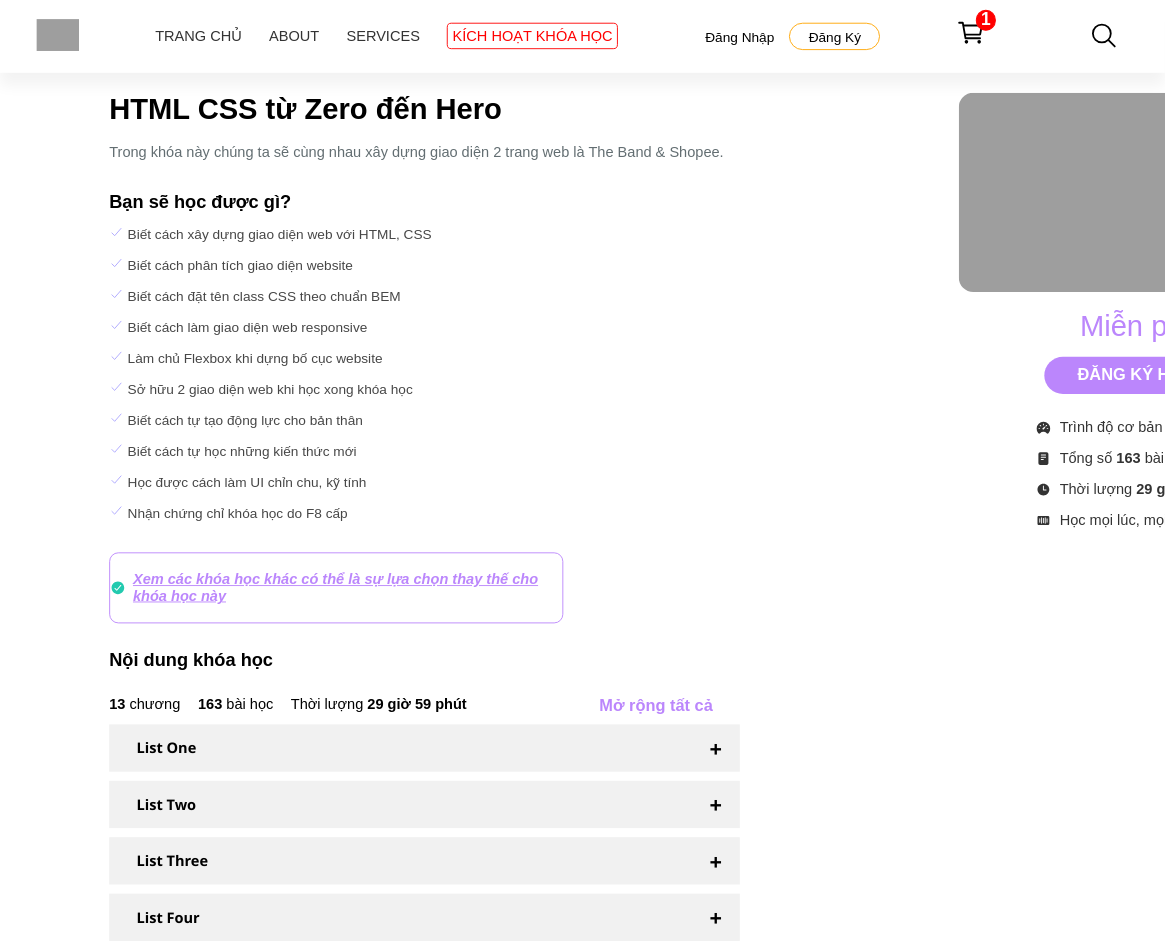
Repository: hoanghuuphuc/hoanghuuphuc
Page: details.html
An editor plug-in stored every save of this project. The page is shown before and after the next save, followed by the edit.
The browser window is 1280 px wide. The pictures show the whole page, at 91% of full size.
Empty fields were first filled with sample values (such as "Sample", 5 or name@example.com).
After loading, the first visible `div.contentBx` was clicked once.
Pictures or frames that could not be fetched are drawn as grey boxes.

Above is the page before, as saved 2022-12-12 00:25:35.
Console error: TypeError: Cannot read properties of null (reading 'style')

### details.html
<!DOCTYPE html>
<html lang="en">
  <head>
    <meta charset="UTF-8" />
    <meta http-equiv="X-UA-Compatible" content="IE=edge" />
    <meta name="viewport" content="width=device-width, initial-scale=1.0" />
    <title>Product-Details</title>
    <link rel="stylesheet" href="./style.css" />
    <link rel="stylesheet" href="./rps_mobile.css" />
    <link rel="preconnect" href="https://fonts.gstatic.com" />
  </head>
  <body>
    <header>
      <div class="logo">
        <a href="">
          <img id="img" src="./Img/logene.jfif" alt="" />
        </a>
      </div>
      <div class="group">
        <ul class="navigation">
          <li><a href="">Trang Chủ</a></li>
          <li><a href="">About</a></li>
          <li><a href="">Services</a></li>
          <li><a id="active" href="">Kích Hoạt Khóa Học</a></li>
        </ul>
      </div>
      <div class="User">
        <div class="but">
          <button>Đăng Nhập</button>
          <button>Đăng Ký</button>
        </div>
      </div>
      <div class="icons">
        <ion-icon name="cart-outline"></ion-icon>
        <span>1</span>
      </div>
      <div class="search">
        <span class="icon">
          <ion-icon name="search-outline" class="searchBtn"></ion-icon>
          <ion-icon name="close-outline" class="closeBtn"></ion-icon>
        </span>
      </div>
      <ion-icon name="menu-outline" class="menuToggle"></ion-icon>
      <div class="searchBox">
        <input type="text" placeholder="Search here . . ." />
      </div>
    </header>
    <div class="details-section">
      <div class="details-left">
        <div class="details-left-name">
          <h1>HTML CSS từ Zero đến Hero</h1>
          <span
            >Trong khóa này chúng ta sẽ cùng nhau xây dựng giao diện 2 trang web
            là The Band & Shopee.</span
          >
        </div>
        <span class="bonus">Bạn sẽ học được gì?</span>
        <div class="details-left-content">
          <ul>
            <li>
              <ion-icon name="checkmark-outline"></ion-icon>
              Biết cách xây dựng giao diện web với HTML, CSS
            </li>
            <li>
              <ion-icon name="checkmark-outline"></ion-icon>
              Biết cách phân tích giao diện website
            </li>
            <li>
              <ion-icon name="checkmark-outline"></ion-icon>
              Biết cách đặt tên class CSS theo chuẩn BEM
            </li>
            <li>
              <ion-icon name="checkmark-outline"></ion-icon>
              Biết cách làm giao diện web responsive
            </li>
            <li>
              <ion-icon name="checkmark-outline"></ion-icon>
              Làm chủ Flexbox khi dựng bố cục website
            </li>
          </ul>
          <ul>
            <li>
              <ion-icon name="checkmark-outline"></ion-icon>
              Sở hữu 2 giao diện web khi học xong khóa học
            </li>
            <li>
              <ion-icon name="checkmark-outline"></ion-icon>
              Biết cách tự tạo động lực cho bản thân
            </li>
            <li>
              <ion-icon name="checkmark-outline"></ion-icon>
              Biết cách tự học những kiến thức mới
            </li>
            <li>
              <ion-icon name="checkmark-outline"></ion-icon>
              Học được cách làm UI chỉn chu, kỹ tính
            </li>
            <li>
              <ion-icon name="checkmark-outline"></ion-icon>
              Nhận chứng chỉ khóa học do F8 cấp
            </li>
          </ul>
        </div>
        <div class="details-left-tag">
          <ion-icon name="checkmark-circle"></ion-icon>
          <a href="#">
            Xem các khóa học khác có thể là sự lựa chọn thay thế cho khóa học
            này
          </a>
        </div>
        <span class="cont">Nội dung khóa học</span>
        <div class="details-left-content-2">
          <div class="details-left-content-header1">
            <span class="sp"><strong>13</strong> chương</span>
            <span class="sp"><strong>163</strong> bài học</span>
            <span class="sp">Thời lượng <strong>29 giờ 59 phút</strong></span>
          </div>
          <div class="details-left-content-header2">
            <span>Mở rộng tất cả</span>
          </div>
        </div>
        <div class="accordion">
          <div class="contentBx">
            <div class="accordion-label">List One</div>
            <div class="accordion-content">
              <p>
                Lorem ipsum dolor sit amet consectetur, adipisicing elit.
                Assumenda earum deserunt eligendi sit eius hic beatae adipisci
                sapiente ad, modi minus, illum, vero voluptatum facilis ab
                fugiat vel. Molestiae, obcaecati!
              </p>
            </div>
          </div>
          <div class="contentBx">
            <div class="accordion-label">List Two</div>
            <div class="accordion-content">
              <p>
                Lorem ipsum dolor sit amet consectetur, adipisicing elit.
                Assumenda earum deserunt eligendi sit eius hic beatae adipisci
                sapiente ad, modi minus, illum, vero voluptatum facilis ab
                fugiat vel. Molestiae, obcaecati!
              </p>
            </div>
          </div>
          <div class="contentBx">
            <div class="accordion-label">List Three</div>
            <div class="accordion-content">
              <p>
                Lorem ipsum dolor sit amet consectetur, adipisicing elit.
                Assumenda earum deserunt eligendi sit eius hic beatae adipisci
                sapiente ad, modi minus, illum, vero voluptatum facilis ab
                fugiat vel. Molestiae, obcaecati!
              </p>
            </div>
          </div>
          <div class="contentBx">
            <div class="accordion-label">List Four</div>
            <div class="accordion-content">
              <p>
                Lorem ipsum dolor sit amet consectetur, adipisicing elit.
                Assumenda earum deserunt eligendi sit eius hic beatae adipisci
                sapiente ad, modi minus, illum, vero voluptatum facilis ab
                fugiat vel. Molestiae, obcaecati!
              </p>
            </div>
          </div>
        </div>
      </div>
      <div class="details-right">
        <div class="details-right-video">
          <iframe
            width="389"
            height="219"
            src="https://www.youtube.com/embed/YTDHcEJs684"
            title="YouTube video player"
            frameborder="0"
            allow="accelerometer; autoplay; clipboard-write; encrypted-media; gyroscope; picture-in-picture"
            allowfullscreen></iframe>
        </div>
        <div class="details-right-content1">
          <span>Miễn phí</span>
          <button>ĐĂNG KÝ HỌC</button>
        </div>
        <div class="details-right-content2">
          <ul>
            <li>
              <ion-icon name="speedometer"></ion-icon
              ><span>Trình độ cơ bản</span>
            </li>
            <li>
              <ion-icon name="reader"></ion-icon>
              <span>Tổng số <strong>163</strong> bài học</span>
            </li>
            <li>
              <ion-icon name="time"></ion-icon>
              <span>Thời lượng <strong>29 giờ 59 phút</strong> </span>
            </li>
            <li>
              <ion-icon name="barcode"></ion-icon
              ><span> Học mọi lúc, mọi nơi </span>
            </li>
          </ul>
        </div>
      </div>
    </div>

    <script src="./app.js"></script>
    <script
      type="module"
      src="https://unpkg.com/ionicons@5.5.2/dist/ionicons/ionicons.esm.js"></script>
    <script
      nomodule
      src="https://unpkg.com/ionicons@5.5.2/dist/ionicons/ionicons.js"></script>
  </body>
</html>

### style.css
* {
  margin: 0;
  padding: 0;
  box-sizing: border-box;
  font-family: "Poppins", sans-serif;
}
body {
  min-height: 100vh;
  overflow-x: hidden;
}
header {
  position: absolute;
  position: fixed;
  z-index: 100;
  top: 0;
  left: 0;
  width: 100%;
  height: 80px;
  background: #fff;
  padding: 20px 40px;
  display: flex;
  justify-content: space-between;
  align-items: center;
  box-shadow: 0px 15px 15px rgba(0, 0, 0, 0.05);
}
.logo img {
  height: 35px;
}
.group {
  display: flex;
  align-items: center;
}
header ul {
  position: relative;
  display: flex;
  gap: 30px;
}
header ul li {
  list-style: none;
}
header ul li a {
  position: relative;
  text-decoration: none;
  font-size: 1em;
  color: #333;
  text-transform: uppercase;
}
header ul li #active {
  border: 1px solid red;
  padding: 5px;
  color: red;
  border-radius: 5px;
}
header ul li a::before {
  content: "";
  position: absolute;
  bottom: -2px;
  width: 100%;
  height: 2px;
  background: #333;
  transform: scaleX(0);
  transition: transform 0.5s ease-in-out;
  transform-origin: right;
}
header ul li a:hover {
  opacity: 0.5;
}
header .User {
  display: flex;
  align-items: center;
}
header .User .but button:nth-child(1) {
  color: #000;
  font-size: 15px;
  height: 30px;
  width: 100px;
  outline: none;
  border: none;
  background: #fff;
}
header .User .but button:nth-child(2) {
  color: #000;
  font-size: 15px;
  height: 30px;
  width: 100px;
  border: 1px solid orange;
  background: #fff;
  border-radius: 15px;
}
header .User .but button:hover {
  opacity: 0.5;
}
header .icons {
  font-size: 2em;
  position: relative;
}
header .icons span {
  position: absolute;
  top: 0%;
  right: 0%;
  line-height: 5%;
  margin-bottom: 50px;
  font-size: 60%;
  color: #fff;
  border: 1px solid red;
  background: red;
  padding: 10px 5px 10px 5px;
  text-align: center;
  font-family: Arial, Helvetica, sans-serif;
  transform: translateX(50%) translateY(-40%);
  border-radius: 100%;
  font-weight: bold;
}
header .search {
  position: relative;
  display: flex;
  justify-content: center;
  align-items: center;
  font-size: 2em;
  z-index: 10;
  cursor: pointer;
}
.searchBox {
  position: absolute;
  right: -100%;
  width: 100%;
  height: 100%;
  display: flex;
  background: #fff;
  align-items: center;
  padding: 0 30px;
  transition: 0.5s ease-in-out;
}
.searchBox.active {
  right: 0;
}
.searchBox input {
  width: 100%;
  border: none;
  outline: none;
  height: 50px;
  color: #333;
  font-size: 1.25em;
  background: #fff;
  border-bottom: 1px solid rgba(0, 0, 0, 0.5);
}
.searchBtn {
  position: relative;
  left: 30px;
  top: 2.5px;
  transition: 0.5s ease-in-out;
}
.searchBtn.active {
  left: 0;
}
.closeBtn {
  opacity: 0;
  visibility: hidden;
  transition: 0.5s;
  scale: 0;
}
.closeBtn.active {
  opacity: 1;
  visibility: visible;
  transition: 0.5s;
  scale: 1;
}
.menuToggle {
  position: relative;
  display: none;
  left: 0;
}
.banner img {
  background-repeat: no-repeat;
  background-size: cover;
  margin-top: 4%;
}
.content {
  display: flex;
  flex-direction: row;
  margin-top: 50px;
  user-select: none;
  justify-content: center;
}
.content .content-1 {
  background-color: black;
  height: 2px;
  width: 200px;
}
.content .content-2 {
  font-size: 30px;
  font-family: "Segoe UI", Tahoma, Geneva, Verdana, sans-serif;
  font-weight: 600;
  padding: 10px;
  margin-top: -32px;
}
.content .content-3 {
  background-color: black;
  height: 2px;
  width: 200px;
}
.boxs {
  display: flex;
  justify-content: center;
  flex-wrap: wrap;
}
.box {
  margin-top: 10px;
  padding: 20px;
  margin: 10px;
  background: #f0f0f0;
  border-radius: 15px;
}
.box-image img {
  height: 250px;
  border-radius: 5%;
}
.box-content .box-name {
  display: flex;
  justify-content: center;
  align-items: center;
  padding: 10px;
}
.box-content .box-name span {
  font-weight: 700;
  margin-right: 5px;
  font-size: 20px;
  font-family: "Segoe UI", Tahoma, Geneva, Verdana, sans-serif;
  overflow: hidden;
  text-overflow: ellipsis;
  white-space: nowrap;
  width: 200px;
  text-align: center;
}
.box-content .box-price {
  display: flex;
  flex-direction: column;
  justify-content: center;
  padding: 5px 10px 10px 10px;
}
.box-content .box-price .price {
  padding: 0px 10px 10px 10px;
}
.price {
  overflow: hidden;
  text-overflow: ellipsis;
  white-space: nowrap;
  width: 210px;
}
.box-content .box-price .price span {
  font-size: 18px;
  font-weight: 500;
}
.box-content .box-price .price a {
  font-weight: 600;
}
.sale {
  overflow: hidden;
  text-overflow: ellipsis;
  white-space: nowrap;
  width: 210px;
}
.box-content .box-price .sale {
  padding: 0px 10px 0px 10px;
}
.box-content .box-price .sale span {
  font-size: 18px;
}
.box-content .box-price .sale a {
  font-size: 18px;
  color: red;
  font-weight: bold;
  text-decoration: none;
}
.box-btn {
  display: flex;
  justify-content: space-between;
  align-items: center;
  border-top: 1px solid #c0c0c0;
}
.box-btn button {
  padding: 5px 20px;
  font-size: 16px;
  font-weight: 500;
  font-family: "Lucida Sans", "Lucida Sans Regular", "Lucida Grande",
    "Lucida Sans Unicode", Geneva, Verdana, sans-serif;
  color: orangered;
  border: 1px solid orangered;
  border-radius: 5px;
  margin-top: 15px;
}
.box-btn button:hover {
  opacity: 0.5;
}
.box-btn ion-icon {
  font-size: 25px;
  font-weight: 500;
  color: orangered;
  margin-top: 15px;
  font-weight: 300;
}
.box-btn ion-icon:hover {
  opacity: 0.5;
}
.title {
  padding: 20px 0px 20px 150px;
}
.title span {
  font-size: 18px;
}
.tabs {
  display: flex;
  justify-content: flex-start;
  padding: 10px 150px 0px 150px;
  flex-wrap: wrap;
}
.tabs .tab-item {
  margin: 0px 0px 0px 5px;
}
.tabs .line {
  position: absolute;
  left: 0;
  bottom: 0;
  width: 0;
  height: 6px;
  border-radius: 15px;
  transition: all 0.2s ease;
}
.tab-item {
  min-width: 80px;
  padding: 5px 10px;
  font-size: 20px;
  text-align: center;
  color: #181821;
  background-color: #dee1e2;
  border-top-left-radius: 5px;
  border-top-right-radius: 5px;
  border-bottom: 5px solid transparent;
  opacity: 0.6;
  cursor: pointer;
  transition: all 0.5s ease;
  display: flex;
  justify-content: center;
  align-items: center;
  border-bottom: 2px solid #000;
}
.tab-icon {
  font-size: 24px;
  position: relative;
}
.tab-item:hover {
  opacity: 1;
  background-color: rgba(194, 53, 100, 0.05);
  border-color: rgba(194, 53, 100, 0.1);
}
.tab-item.active {
  opacity: 1;
  color: #ff4500;
  font-weight: 500;
  border-bottom: 2px solid #ff4500;
}
.tab-content {
  padding: 28px 0px 0px 150px;
}
.tab-pane {
  color: #333;
  display: none;
}
.tab-pane.active {
  display: block;
}
.tab-pane h2 {
  font-size: 24px;
  margin-bottom: 8px;
}
.boxeds {
  display: flex;
  flex-wrap: wrap;
}
.boxed {
  margin-top: 10px;
  padding: 20px;
  margin: 20px 20px 10px 0px;
  background: #f0f0f0;
  border-radius: 15px;
}
.boxed-image img {
  height: 250px;
  width: auto;
  border-radius: 10px;
  overflow: hidden;
  object-fit: cover;
}
.boxed-content .boxed-content-name {
  display: flex;
  justify-content: center;
  align-items: center;
  padding: 10px;
}
.boxed-content-name span {
  font-weight: 600;
  margin-right: 5px;
  font-size: 20px;
  font-family: "Segoe UI", Tahoma, Geneva, Verdana, sans-serif;
  overflow: hidden;
  text-overflow: ellipsis;
  white-space: nowrap;
  width: 200px;
  text-align: center;
  font-weight: 700;
}
.boxed-content-price {
  padding: 5px 10px 10px 10px;
}
.boxed-content-price1 span {
  font-size: 18px;
  font-weight: 500;
}
.boxed-content-price1 a {
  font-weight: 600;
}
.boxed-content-sale {
  padding: 10px 10px 10px 0px;
}
.boxed-content-sale span {
  font-size: 18px;
  font-weight: 500;
}
.boxed-content-sale a {
  font-weight: 600;
  color: red;
}
.boxed-content-btn {
  display: flex;
  justify-content: space-between;
  align-items: center;
  border-top: 1px solid #c0c0c0;
}
.boxed-content-btn button {
  padding: 5px 20px;
  font-size: 16px;
  font-weight: 500;
  font-family: "Lucida Sans", "Lucida Sans Regular", "Lucida Grande",
    "Lucida Sans Unicode", Geneva, Verdana, sans-serif;
  color: orangered;
  border: 1px solid orangered;
  border-radius: 5px;
  margin-top: 15px;
}
.boxed-content-btn button:hover {
  opacity: 0.5;
}
.boxed-content-btn ion-icon {
  font-size: 25px;
  font-weight: 500;
  color: orangered;
  margin-top: 15px;
  font-weight: 300;
}
.boxed-content-btn ion-icon:hover {
  opacity: 0.5;
}
footer {
  background: #181821;
  display: flex;
  justify-content: space-around;
  padding: 100px;
}
.footer-one a {
  font-size: 25px;
  padding: 5px;
  color: #fff;
  font-weight: 600;
}
.footer-one ul li {
  color: #a9b3bb;
  list-style: none;
  padding: 5px;
  font-size: 16px;
}
.footer-one span {
  font-style: italic;
}
.footer-two span {
  font-size: 25px;
  padding: 5px;
  color: #fff;
  font-weight: 600;
}
.footer-two ul li {
  color: #a9b3bb;
  list-style: none;
  padding: 5px;
  font-size: 16px;
}
.footer-three span {
  font-size: 25px;
  padding: 5px;
  color: #fff;
  font-weight: 600;
}
.footer-three ul li {
  color: #a9b3bb;
  list-style: none;
  padding: 5px;
  font-size: 16px;
}
.footers {
  display: flex;
  justify-content: space-around;
  background: #181821;
  padding: 10px;
  border-top: 2px solid #333;
  align-items: center;
}
.footers-text {
  color: #a9b3bb;
  font-size: 16px;
}
.footers-media img {
  width: auto;
  height: 40px;
  object-fit: cover;
  padding: 5px;
}
/* Css của form login */
.container {
  display: flex;
  justify-content: center;
  flex-direction: column;
  align-items: center;
  min-height: 100vh;
}
.form-login {
  border: 1px solid #999;
  padding: 50px 50px 30px 50px;
  width: 400px;
}
.form-login-input {
  margin: 15px 0;
}
.form-login-image {
  display: flex;
  justify-content: center;
  margin-bottom: 50px;
}
.form-input {
  border: 1px solid #999;
  border-radius: 4px;
  width: 100%;
  height: 50px;
  padding: 0 20px;
  transition: 0.25s ease;
  outline: none;
}
.form-input:focus {
  border-color: #ff4500;
}
.form-login-input {
  position: relative;
}
.form-label {
  position: absolute;
  top: 50%;
  transform: translateY(-50%);
  left: 21px;
  user-select: none;
  color: #999;
  pointer-events: none;
  transition: 0.25s ease;
}
.form-input:not(:placeholder-shown) + .form-label,
.form-input:focus + .form-label {
  top: 0;
  left: 11px;
  padding: 0 10px;
  display: inline-block;
  background-color: #fff;
  color: #ff4500;
  font-weight: 500;
  font-size: 14px;
}
.form-login-input .fa-regular {
  position: absolute;
  left: 90%;
  top: 18px;
  cursor: pointer;
}
.form-login-input .hidden {
  display: none;
}
.remember {
  display: flex;
  align-items: center;
}
.remember span {
  color: #999;
  margin-left: 10px;
}
.btn-login button {
  margin-top: 10px;
  width: 100%;
  padding: 8px;
  font-weight: 600;
  font-style: 20px;
  transition: 0.25s ease;
  font-family: "Segoe UI", Tahoma, Geneva, Verdana, sans-serif;
}
.btn-login button:hover {
  opacity: 0.5;
}
.or {
  display: flex;
  flex-direction: row;
  margin-top: 20px;
  user-select: none;
  justify-content: center;
}
.or-left {
  background-color: #999;
  height: 1px;
  width: 45%;
}
.or-center {
  font-family: "Segoe UI", Tahoma, Geneva, Verdana, sans-serif;
  font-weight: 600;
  padding: 10px;
  margin-top: -22px;
  color: #999;
}
.or-right {
  background-color: #999;
  height: 1px;
  width: 45%;
}
.forgot {
  padding-top: 20px;
  display: flex;
  justify-content: flex-end;
}
.forgot a {
  text-decoration: none;
  font-weight: 500;
  color: rgb(0, 149, 246);
}
.logins {
  display: grid;
  grid-template-columns: 1fr 3fr;
  align-items: center;
  padding: 0 10px;
}
.logins a {
  text-decoration: none;
}
.logins span {
  color: #333;
  padding-left: 10%;
  font-weight: 600;
  font-family: "Segoe UI", Tahoma, Geneva, Verdana, sans-serif;
}
.logins img {
  height: 30px;
  margin-left: 10px;
  transform: translateX(100%);
}
.login-facebook {
  margin-bottom: 10px;
}
.form-login-2 {
  border: 1px solid #999;
  padding: 20px 60px;
  margin-top: 10px;
}
.form-login-2 span a {
  text-decoration: none;
  font-weight: 600;
  color: rgb(0, 149, 246);
  font-family: "Segoe UI", Tahoma, Geneva, Verdana, sans-serif;
}
/* Css của trang chi tiết */
.details-section {
  margin-top: 8%;
  display: grid;
  grid-template-columns: 2fr 1fr;
  padding: 0 120px;
}
.details-left-name {
  margin-bottom: 20px;
}
.details-left-name h1 {
  margin-bottom: 20px;
}
.details-left-name span {
  font-weight: 300;
  color: #636e72;
}
.details-section .bonus {
  font-weight: 600;
  font-size: 20px;
  line-height: 50px;
}
.details-left-content {
  display: flex;
  flex-wrap: wrap;
  justify-content: flex-start;
  align-items: center;
}
.details-left-content ul li {
  list-style: none;
  margin-bottom: 15px;
  padding-left: 0;
  margin-right: 30px;
  font-size: 15px;
  color: #333;
  font-weight: 300;
  opacity: 0.9;
}
.details-left-content ul li ion-icon {
  color: #a29bfe;
  font-weight: bold;
  font-size: 16px;
}
.details-left-tag {
  margin-top: 20px;
  display: flex;
  align-items: center;
  justify-content: center;
  border: 1px solid #bb86fc;
  width: 72%;
  padding: 20px 0px;
  border-radius: 10px;
}
.details-left-tag ion-icon {
  margin-right: 8px;
  color: #22caaf;
  font-size: 20px;
}
.details-left-tag a {
  font-weight: 600;
  font-style: italic;
  color: #bb86fc;
  text-decoration: none;
  text-decoration-line: underline;
}
.cont {
  font-weight: 600;
  font-size: 20px;
  line-height: 80px;
}
.details-left-content-2 {
  display: flex;
  justify-content: space-between;
  padding: 0px 30px 0px 0px;
}
.details-left-content-header1 span {
  padding: 0 15px 0px 0px;
}
.details-left-content-header2 span {
  font-weight: 600;
  color: #bb86fc;
  font-size: 18px;
}
.accordion {
  width: 100%;
}
.accordion .contentBx {
  position: relative;
  margin: 10px 0px;
}
.accordion .contentBx .accordion-label {
  position: relative;
  padding: 15px 30px;
  background-color: #f1f1f1;
  cursor: pointer;
  font-weight: 600;
  font-family: "Segoe UI", Tahoma, Geneva, Verdana, sans-serif;
}
.accordion .contentBx .accordion-label::before {
  content: "+";
  position: absolute;
  top: 50%;
  right: 20px;
  transform: translateY(-50%);
  font-size: 1.5em;
}
.accordion .contentBx .accordion-content {
  position: relative;
  height: 0;
  overflow: hidden;
  transition: 0.5s;
  overflow-y: auto;
}
/* Css right */
.details-right {
  display: flex;
  flex-direction: column;
  align-items: center;
  position: fixed;
  transform: translateX(240%);
}
.details-right-video iframe {
  border-radius: 16px;
}
.details-right-content1 {
  display: flex;
  flex-direction: column;
  align-items: center;
}
.details-right-content1 span {
  margin: 15px;
  font-size: 32px;
  user-select: none;
  color: #bb86fc !important;
}
.details-right-content1 button {
  font-size: 1rem;
  padding: 10px 36px;
  border-radius: 999px !important;
  border: none;
  background: #bb86fc !important;
  color: #fff;
  font-size: 18px;
  font-weight: 600;
}
.details-right-content2 {
  margin-top: 20px;
  display: flex;
  align-items: center;
  justify-content: center;
  width: 100%;
}
.details-right-content2 ul li {
  width: 100%;
  list-style: none;
  padding: 8px;
  display: flex;
  align-items: center;
  opacity: 0.8;
}
.details-right-content2 ul li ion-icon {
  padding-right: 10px;
}

Loaded but not shown: app.js (61 lines, source omitted); css/rps_mobile.css (no copy from this time; the picture is the same without it)

After the next save:
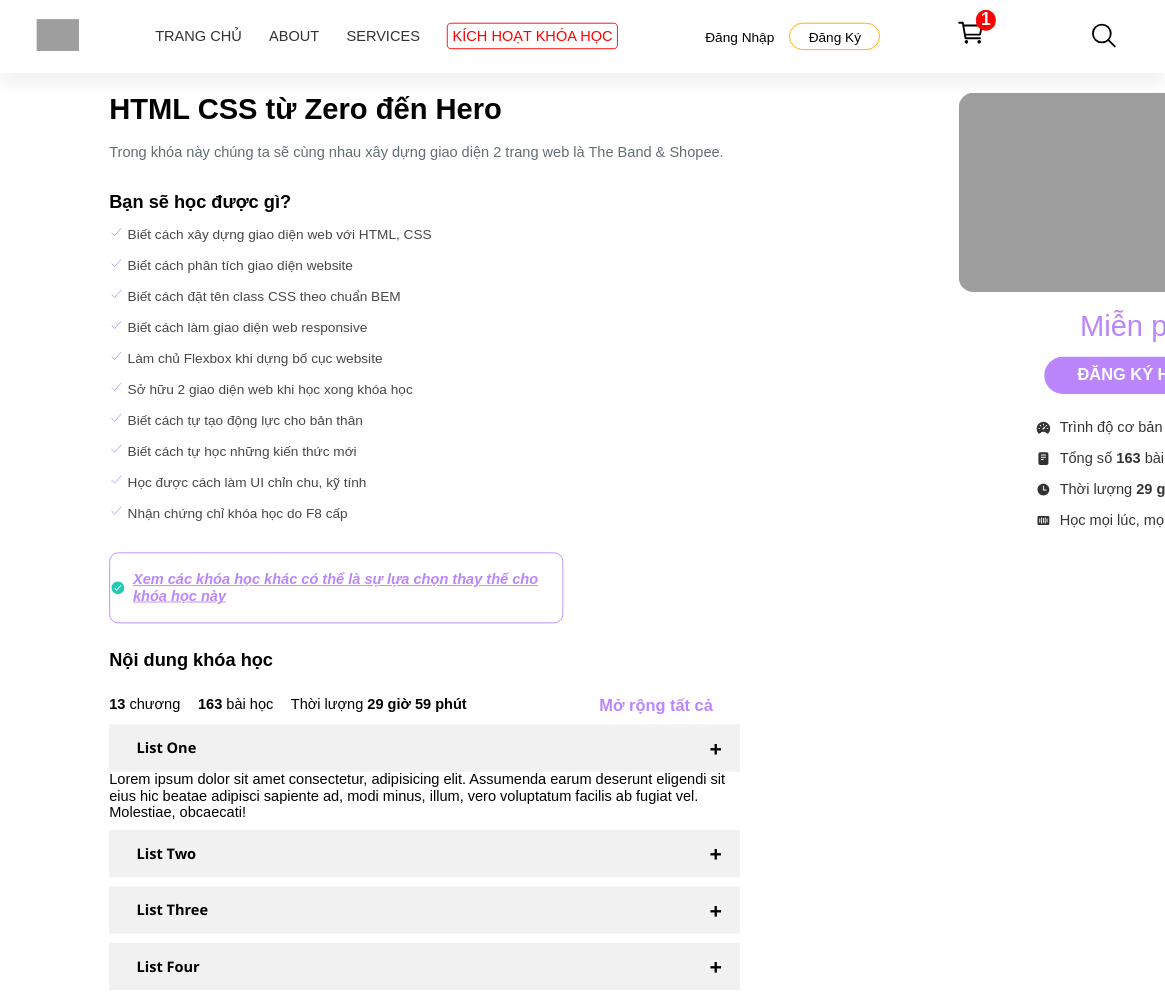
Saved 62 s later.
--- a/style.css
+++ b/style.css
@@ -790,6 +790,9 @@ footer {
   transition: 0.5s;
   overflow-y: auto;
 }
+.accordion .contentBx.active .accordion-content {
+  height: auto;
+}
 /* Css right */
 .details-right {
   display: flex;
